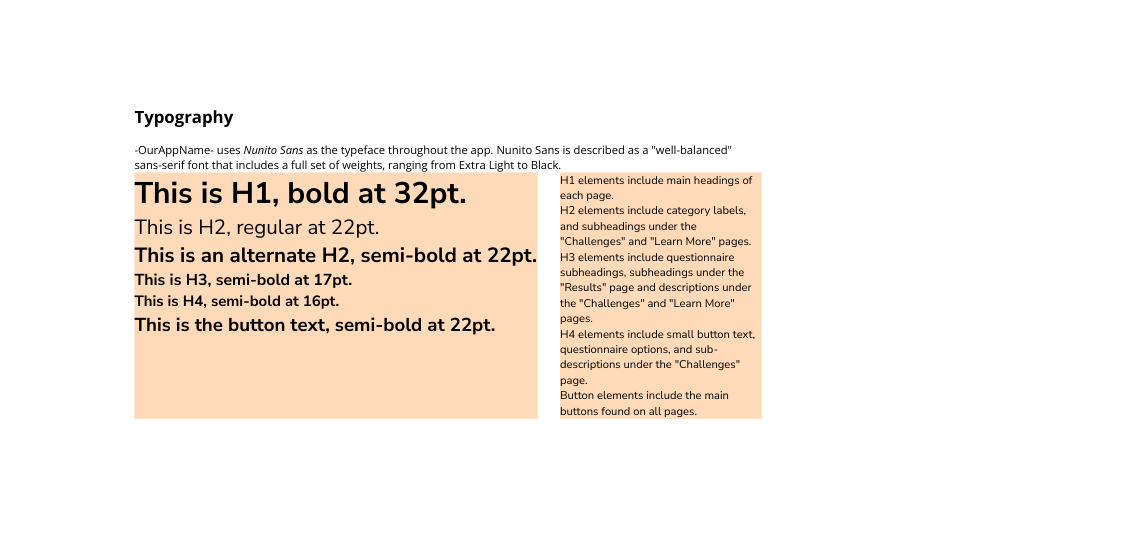
Repository: seohyun9672/Timearth-A6Styleguide
Page: page2.html
These files come from the project's save history. The page is drawn as it stood at one moment and after the next save; the edit follows.
The browser window is 1280 px wide. The page is 1632 px wide, so the pictures cover 1632 px, including what lies to the right of the window. The pictures show the part of the page from y = 1666 to 3186 px (the page is 2456 px tall before and 3384 px after), at 70% of full size.

Above is the page before, as saved 2022-03-20 20:06:52.

### page2.html
<!DOCTYPE html>
<html lang="en">
  <head>
    <meta charset="UTF-8" />
    <meta http-equiv="X-UA-Compatible" content="IE=edge" />
    <meta name="viewport" content="width=device-width, initial-scale=1.0" />
    <title>Document</title>
    <link rel="stylesheet" href="stylesheet.css" />
  </head>

  <body>
    <ul class="navbar">
      <li><a href="/page1.html">App Name</a></li>
      <div class="navbar-active">
        <li><a href="/page1.html">Logo</a></li>
        <li><a href="/page2.html">Colour & Typography</a></li>
        <li><a href="/page3.html">Imagery & Graphics</a></li>
        <li><a href="/ref.html">Reference</a></li>
      </div>
    </ul>
    <section class="color-palette page2">
      <h1>Color Palette</h1>
      <img class="palette" src="https://placekitten.com/1440/100" />
      <div>
        <h2>Description of colour palette</h2>
        <p>
          Lorem ipsum dolor sit amet, consectetur adipisicing elit. Culpa neque
          mollitia quae asperiores ad odit vitae iste minima totam harum
          distinctio qui beatae ea ut et adipisci, excepturi at iusto
          reprehenderit reiciendis fugit fuga nisi. Eligendi ut magni adipisci
          nulla architecto reprehenderit? Nemo eos accusamus optio nobis
          distinctio veritatis eius.
        </p>
      </div>
      <div></div>
      <div class="col-2">
        <div class="col">
          <img src="https://placekitten.com/200/600" />
        </div>
        <div class="col">Lorem ipsum dolor sit amet consectetur adipisicing elit. Corrupti laudantium illo iure alias recusandae accusamus reiciendis consequatur aliquid sint veritatis modi dolores, eveniet porro tempore similique aspernatur. Quas, hic quo sed necessitatibus illum suscipit molestiae consequuntur sit provident nobis ullam repellat obcaecati ipsa quos in cumque mollitia eius ratione facilis ut libero laboriosam tempora eum sint! Nisi sapiente veritatis ad iure esse magni reprehenderit odio non perferendis, sed recusandae beatae corporis quasi ipsam assumenda unde!</div>
      </div>
      <h2>Buttons and Menus</h2>
      <div class="col-3">
        <div class="col">
          <img src="https://placekitten.com/300/200" />
          <p>
            Lorem ipsum dolor sit amet consectetur adipisicing elit. Fugit
            architecto laborum quam, unde laboriosam delectus aut facere rem
            magnam eum repellendus accusantium? Ipsum, quas iusto.
          </p>
        </div>
        <div class="col">
          <img src="https://placekitten.com/300/200" />
          <p>
            Lorem ipsum dolor sit amet, consectetur adipisicing elit. Eveniet
            laborum quisquam excepturi officiis obcaecati? Voluptatibus dolores
            laborum cupiditate quia illum explicabo quae nam dicta provident!
          </p>
        </div>
        <div class="col">
          <img src="https://placekitten.com/300/200" />
          <p>
            Lorem ipsum dolor sit amet consectetur adipisicing elit. Nemo
            consectetur veniam reprehenderit dolorem necessitatibus, repellat,
            perferendis quaerat suscipit magni alias in consequuntur nam
            repellendus commodi.
          </p>
        </div>
      </div>
    </section>
    <section class="typo page2">
      <h1>Typography</h1>
      <div>
        -OurAppName- uses <em>Nunito Sans</em> as the typeface throughout the
        app. Nunito Sans is described as a "well-balanced" sans-serif font that includes a full set of weights, ranging from Extra Light to Black.
      </div>
      <div class="col-2-font">
        <div class="col nunito">
            <div class="nh1">This is H1, bold at 32pt.</div>

            <div class="nh2">This is H2, regular at 22pt.</div>

            <div class="nh2-2">This is an alternate H2, semi-bold at 22pt.</div>

            <div class="nh3">This is H3, semi-bold at 17pt.</div>

            <div class="nh4">This is H4, semi-bold at 16pt.</div>

            <div class="nbtn">This is the button text, semi-bold at 22pt.</div>
        </div>
        <div class="col nunito">
          H1 elements include main headings of each page. <br>
          H2 elements include category labels, and subheadings under the "Challenges" and "Learn More" pages.<br>
          H3 elements include questionnaire subheadings, subheadings under the "Results" page and descriptions under the "Challenges" and "Learn More" pages. <br>
          H4 elements include small button text, questionnaire options, and sub-descriptions under the "Challenges" page. <br>
          Button elements include the main buttons found on all pages. <br>
        </div>
      </div>
    </section>
  </body>
</html>

### stylesheet.css
/* import fonts */
@import url('https://fonts.googleapis.com/css2?family=Nunito+Sans:ital,wght@0,200;0,300;0,400;0,600;0,700;0,800;0,900;1,200;1,300;1,400;1,600;1,700;1,800;1,900&family=Open+Sans:ital,wght@0,300;0,400;0,500;0,600;0,700;0,800;1,300;1,400;1,500;1,600;1,700;1,800&display=swap');

body{
    margin: 0;
    font-family: 'open sans', san-serif;
  }

/* NAVBAR */

ul {
  list-style-type: none;
  margin: 0;
  padding: 0;
  overflow: hidden;
  background-color: #333;
}

li {
  float: left;
}

li a {
  display: block;
  color: white;
  text-align: center;
  padding: 14px 16px;
  text-decoration: none;
}

li a:hover {
  background-color: #111;
}

.navbar-active{
    float: right;
}

/* LOGO */

.section-logo {
    display: flex;
    flex-direction: column;
    justify-content: flex-start;
    align-items: center;
}

.logo-description {
    display: flex;
}
.logo-variation {
    display: flex;
    justify-content: space-evenly;
}

.logo-colourpalette {
    display: flex;
    width: 100%;
    justify-content: space-between;
}

.section-cont {
    width: 940px;
}
.colour-cont {
    display: flex;
    flex-direction: column;
}
.colour-name {
    font-weight: bold;
}

.logo-typography {
    display: flex;
}

.logo-usage {
    display: flex;
    flex-direction: column;
}

.logo-usage-desc {
    display: flex;
}

.section-cont colour {
    display: flex;
}

/* page 2 */

.page2 {
    margin:12em;
}
.col-3 {
    display:grid;
    grid-template-columns: 1fr 1fr 1fr;
    grid-gap:2em;
}
.col-2 {
    display:grid;
    grid-template-columns: 1fr 2fr;
    grid-gap:2em;
}
.col-2-font {
    display:grid;
    grid-template-columns: 2fr 1fr;
    grid-gap:2em;
}
.col {
    background-color:peachpuff;
}
.nunito {
    font-family: 'nunito sans', Arial, Helvetica, sans-serif;
}
.nh1 {
    font-weight: bold;
    font-size:32pt;
}
.nh2 {
    font-size:22pt;
}
.nh2-2 {
    font-size:22pt;
    font-weight:bolder;
}
.nh3 {
    font-size:17pt;
    font-weight:bolder;
}
.nh4 {
    font-size:16pt;
    font-weight:bolder;
}
.nbtn {
    font-size:20pt;
    font-weight:bolder;
}

After the next save:
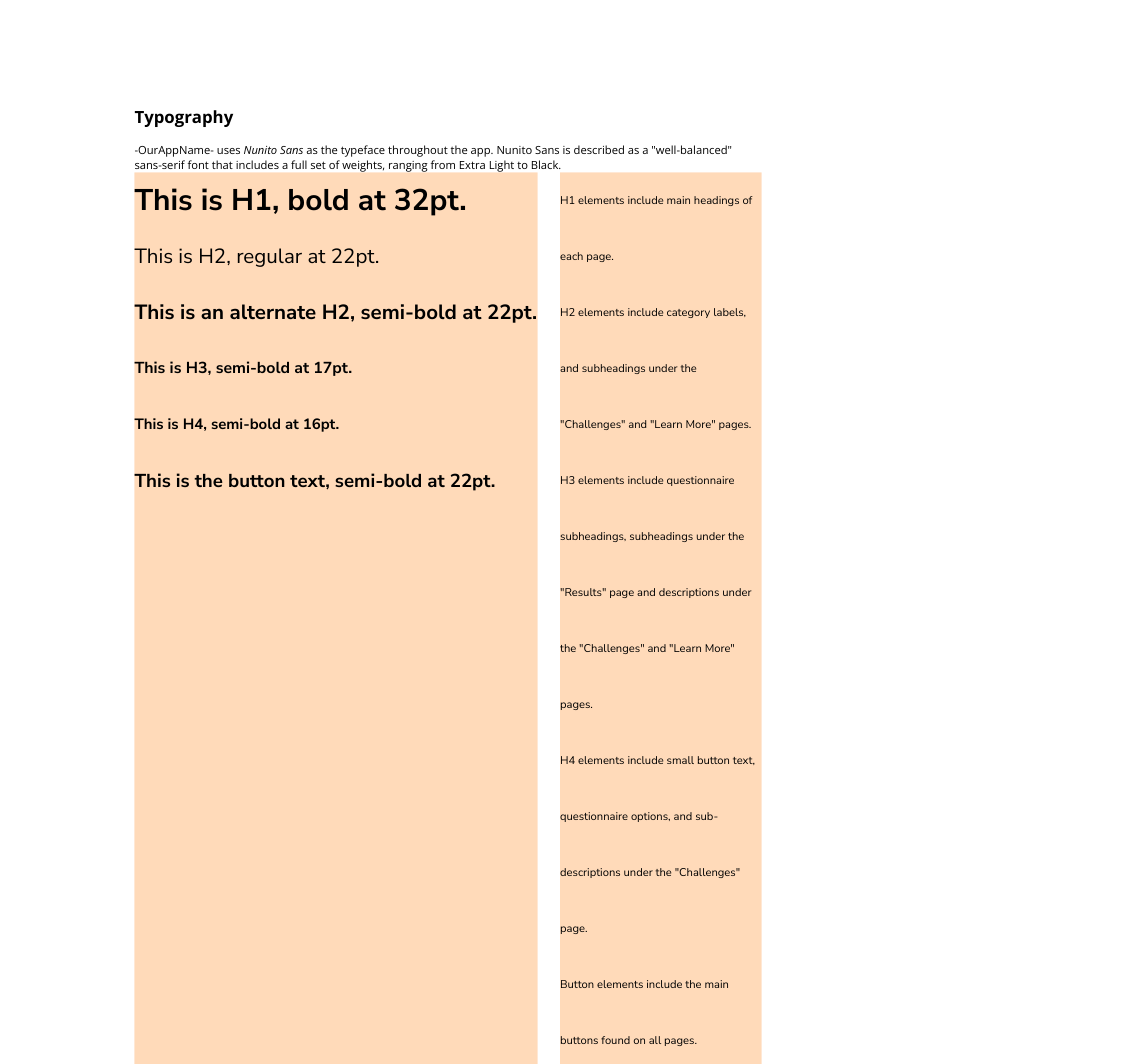
Saved 16 s later.
--- a/stylesheet.css
+++ b/stylesheet.css
@@ -112,6 +112,7 @@
 }
 .nunito {
     font-family: 'nunito sans', Arial, Helvetica, sans-serif;
+    line-height:5em;
 }
 .nh1 {
     font-weight: bold;

After the 2 saves that followed:
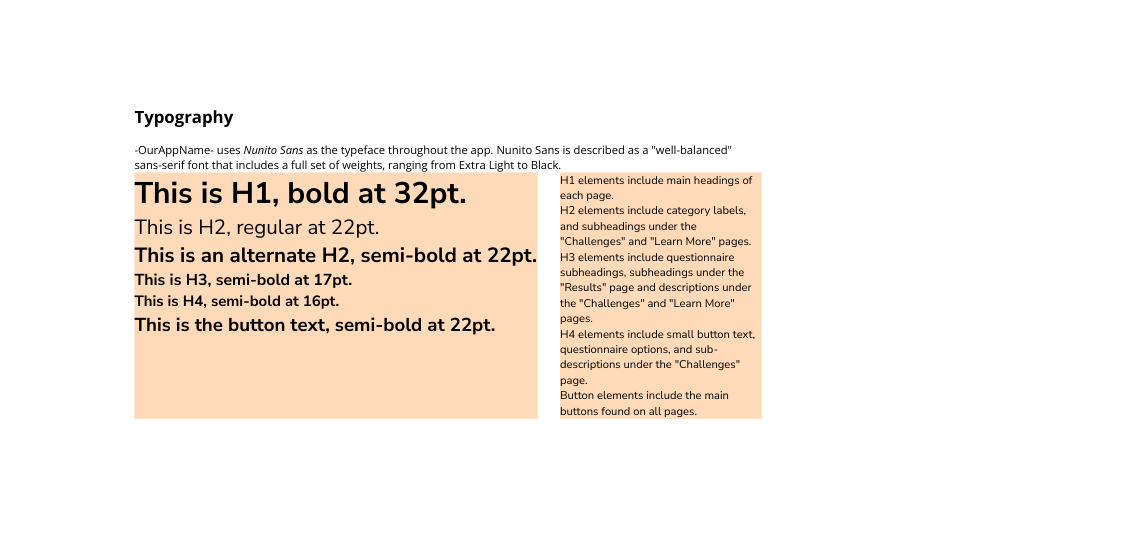
The 2 saves are shown as one change because 1 left the picture as it was.
The last was saved 18 s later.
--- a/page2.html
+++ b/page2.html
@@ -75,7 +75,7 @@
         app. Nunito Sans is described as a "well-balanced" sans-serif font that includes a full set of weights, ranging from Extra Light to Black.
       </div>
       <div class="col-2-font">
-        <div class="col nunito">
+        <div class="col nunito example">
             <div class="nh1">This is H1, bold at 32pt.</div>
 
             <div class="nh2">This is H2, regular at 22pt.</div>
--- a/stylesheet.css
+++ b/stylesheet.css
@@ -112,7 +112,6 @@
 }
 .nunito {
     font-family: 'nunito sans', Arial, Helvetica, sans-serif;
-    line-height:5em;
 }
 .nh1 {
     font-weight: bold;
